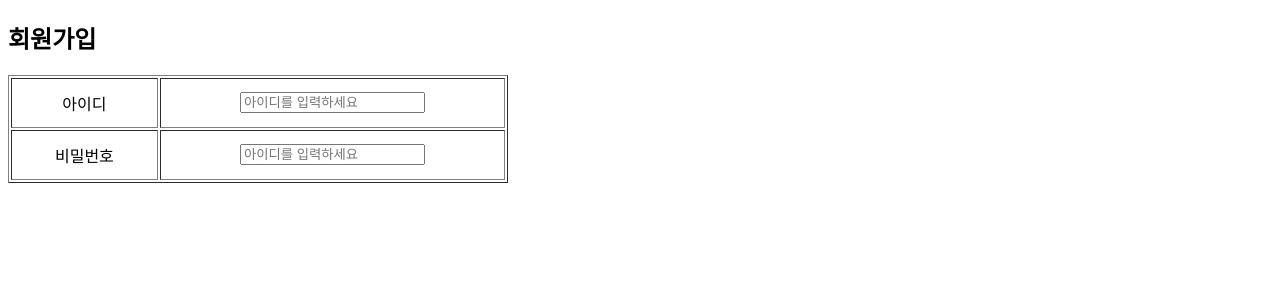
Repository: junirang330/Jsp2026
Page: http://localhost/chapter01/Request/Requestjoin.jsp
The author's editor kept a copy of each file at every save. The page is drawn from the files as they stood at one save, then again after the next save.
The browser window is 1280 px wide. The pictures show the whole page.
The page is served by Tomcat 9.

Above is the page before, as saved 2026-10-19 06:34:52.

### chapter01/src/main/webapp/Request/Requestjoin.jsp
<%@ page language="java" contentType="text/html; charset=UTF-8"
    pageEncoding="UTF-8" import = "java.util.*" %>
<!DOCTYPE html>
<html>
<head>
<meta charset="UTF-8">
<title>회원가입</title>
</head>
<body>
	<div class="container02">
		<h2>회원가입</h2>
		<form action="RequestjoinProc.jsp" method = "post">
			<table width="500" border="1">
				<tr height = "50">
					<td align = "center" width = "150">아이디</td>
					<td align = "center" width = "350">
						<input type = "text" name = "id" placeholder = "아이디를 입력하세요"/>
					</td>
				</tr>
				<tr height = "50">
					<td align = "center" width = "150">비밀번호</td>
					<td align = "center" width = "350">
						<input type = "password" name = "pass" placeholder = "아이디를 입력하세요"/>
					</td>

				</tr>
			</table>
		</form>
	</div>

</body>
</html>

After the next save:
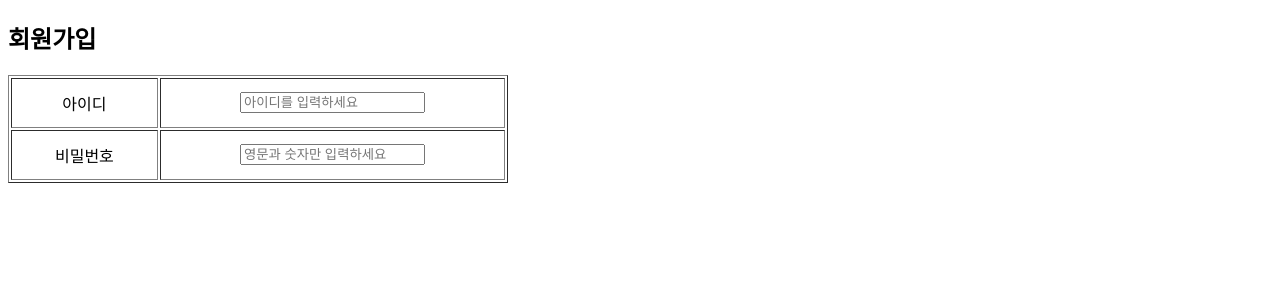
Saved 12 s later.
--- a/chapter01/src/main/webapp/Request/Requestjoin.jsp
+++ b/chapter01/src/main/webapp/Request/Requestjoin.jsp
@@ -20,7 +20,7 @@
 				<tr height = "50">
 					<td align = "center" width = "150">비밀번호</td>
 					<td align = "center" width = "350">
-						<input type = "password" name = "pass" placeholder = "아이디를 입력하세요"/>
+						<input type = "password" name = "pass" placeholder = "영문과 숫자만 입력하세요"/>
 					</td>
 
 				</tr>
